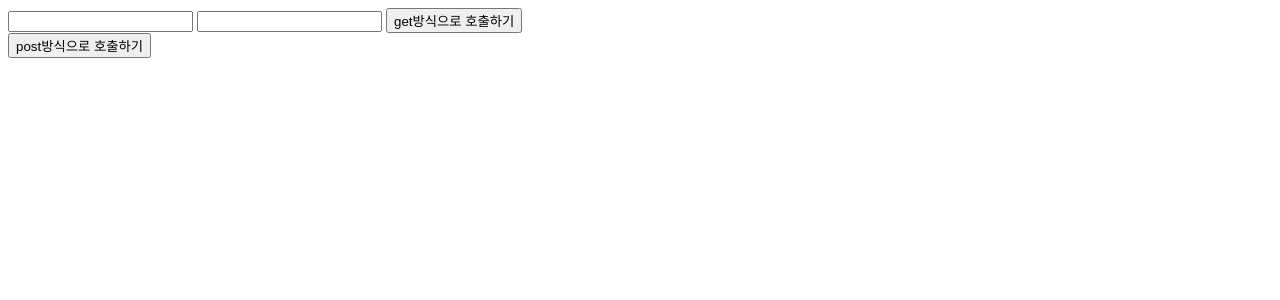
Repository: sinaboro/JSP201310
Page: http://localhost/web-study-02/04_method.jsp
These files come from the project's save history. The page is drawn as it stood at one moment and after the next save; the edit follows.
The browser window is 1280 px wide. The pictures show the whole page.
The page is served by Tomcat 9. Other server files are loaded and not shown.

Above is the page before, as saved 2023-10-10 05:42:24.

### web-study-02/src/main/webapp/04_method.jsp
<%@ page language="java" contentType="text/html; charset=UTF-8"
    pageEncoding="UTF-8"%>
<!DOCTYPE html>
<html>
<head>
<meta charset="UTF-8">
<title>Insert title here</title>
</head>
<body>

	<form action="method" method="get">
		<input type="text" name=id>
		<input type="text" name="age">

		<input type="submit" value="get방식으로 호출하기">
	</form>

	<form action="method" method="post">
		<input type="submit" value="post방식으로 호출하기">
	</form>
</body>
</html>

After the next save:
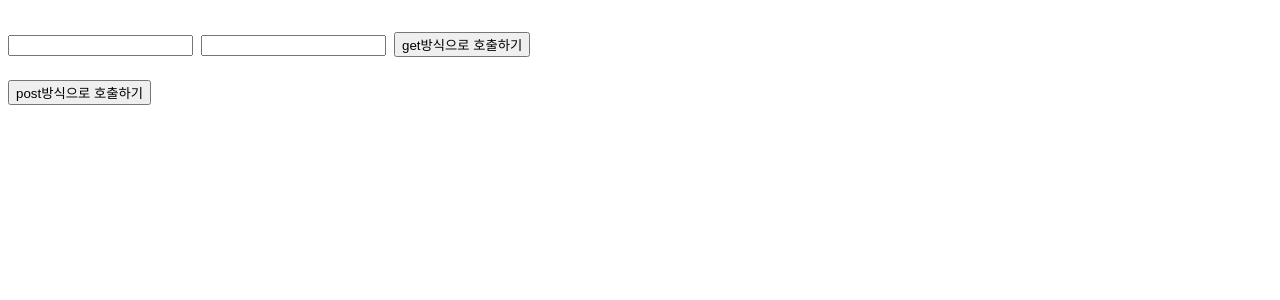
Saved 13 s later.
--- a/web-study-02/src/main/webapp/04_method.jsp
+++ b/web-study-02/src/main/webapp/04_method.jsp
@@ -8,12 +8,14 @@
 </head>
 <body>
 
-	<form action="method" method="get">
-		<input type="text" name=id>
-		<input type="text" name="age">
+	<h1>
+		<form action="method" method="get">
+			<input type="text" name=id>
+			<input type="text" name="age">
 
-		<input type="submit" value="get방식으로 호출하기">
-	</form>
+			<input type="submit" value="get방식으로 호출하기">
+		</form>
+	</h1>
 
 	<form action="method" method="post">
 		<input type="submit" value="post방식으로 호출하기">
